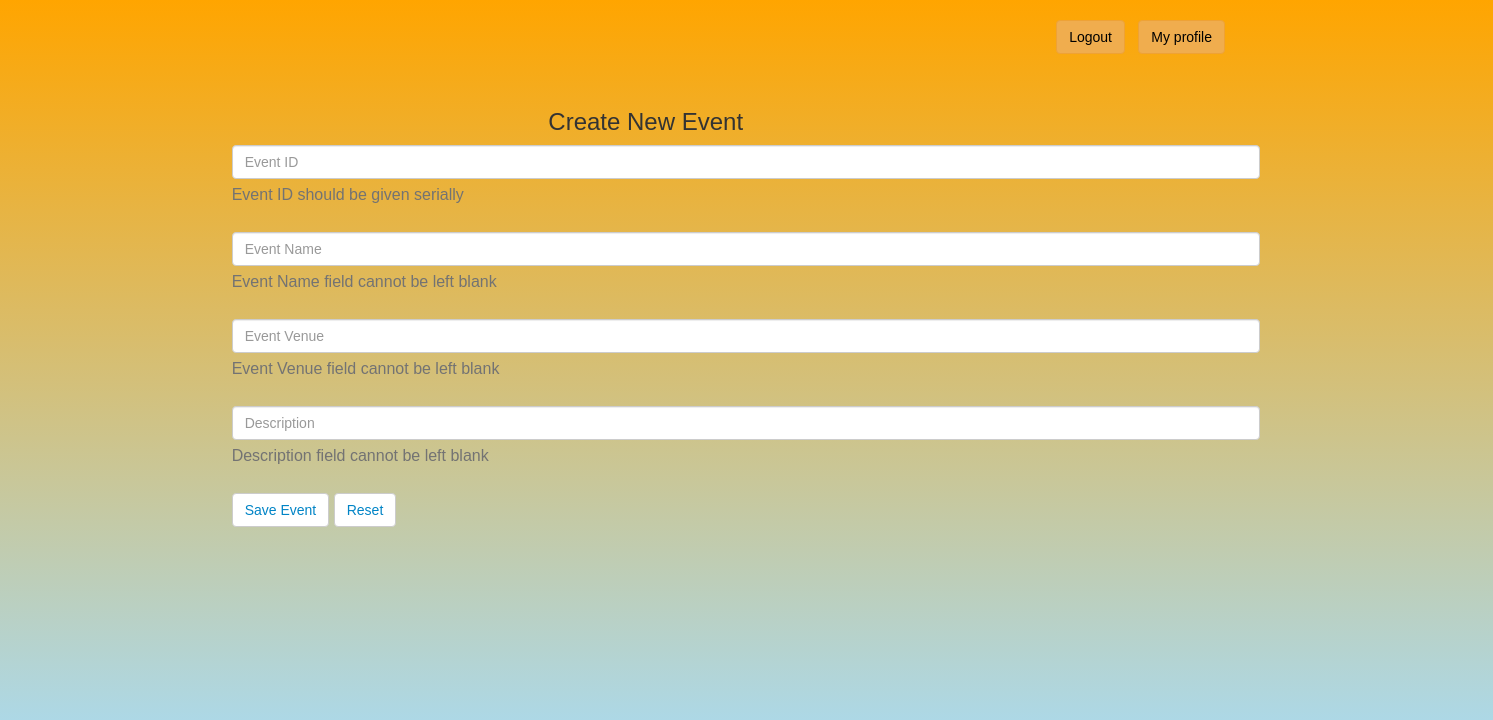
Repository: KaustubhKamat/CollaborationPlatform
Page: CollaborationFrontEnd/WebContent/c_blog/CreateBlog.html
The author's editor kept a copy of each file at every save. The page is drawn from the files as they stood at one save, then again after the next save.
The browser window is 1280 px wide. The page is 1493 px wide, so the pictures cover 1493 px, including what lies to the right of the window. The pictures show the whole page.
Some web libraries are served in a nearby version.

Above is the page before, as saved 2017-03-22 08:26:24.

### CollaborationFrontEnd/WebContent/c_blog/CreateBlog.html
<html>
<head>
<meta charset="ISO-8859-1">
<title>Insert title here</title>
<link rel="stylesheet"
	href="https://maxcdn.bootstrapcdn.com/bootstrap/3.3.7/css/bootstrap.min.css">
<script
	src="https://ajax.googleapis.com/ajax/libs/jquery/1.12.4/jquery.min.js"></script>
<link rel="stylesheet"
	href="https://maxcdn.bootstrapcdn.com/font-awesome/4.4.0/css/font-awesome.min.css">
<script
	src="https://maxcdn.bootstrapcdn.com/bootstrap/3.3.7/js/bootstrap.min.js"></script>
</head>
<body>

<head>

<link rel="stylesheet"
	href="https://maxcdn.bootstrapcdn.com/bootstrap/3.3.7/css/bootstrap.min.css">
<script
	src="https://ajax.googleapis.com/ajax/libs/jquery/3.1.1/jquery.min.js"></script>
<script
	src="https://maxcdn.bootstrapcdn.com/bootstrap/3.3.7/js/bootstrap.min.js"></script>
<style>
body {
	font-family: sans-serif;

}

form {
	margin: 25px auto;
	font-size: medium;
	padding: 10px 20px;
	border-radius: 10px;
	text-align: justify;
}

body {
	background: linear-gradient(orange, lightblue);
}

h2 {
	text-align: center;
}

</style>
<meta http-equiv="Content-Type" content="text/html; charset=ISO-8859-1">
<title>Insert title here</title>
</head>

<body ng-app="">

<div class="UserController as ctrl">
<div class="container">
		<div class="nav navbar-nav navbar-right">
			<h3>
				<a href="#" ng-click="ctrl.logoutUser()" class="btn btn-warning"
					style="color: black"> Logout</a> &nbsp<a href="#/myProfile"
					class="btn btn-warning" style="color: black">My profile</a>
			</h3>
		</div>
		</div>
		</div>

<div ng-controller="BlogController as ctrl">

<div class="col-sm-9 col-md-offset-5">
		<h3>Create New Event</h3>
		</div>


<form name="form" ng-submit="ctrl.submit()" class="form-horizontal" role="form">

<div class="form-group" ng-class="{'has-error' : form.id.$dirty && form.id.$error.required}">
    <div class="col-sm-offset-2 col-sm-10">
      <input type="text" class="form-control" placeholder="Event ID" ng-model="ctrl.event.id" id="" name="id" required>
      <span ng-show="form.id.$dirty && form.id.$error.required" class="help-block">Event ID should be given serially </span>
    </div>
  </div>

		<div class="form-group" ng-class="{'has-error' : form.name.$dirty && form.name.$error.required}">
    <div class="col-sm-offset-2 col-sm-10">
      <input type="text" class="form-control" placeholder="Event Name" ng-model="ctrl.event.name" id="" name="title" required>
      <span ng-show="form.name.$dirty && form.name.$error.required" class="help-block">Event Name field cannot be left blank</span>
    </div>
  </div>

  <div class="form-group" ng-class="{'has-error' : form.venue.$dirty && form.venue.$error.required}">
    <div class="col-sm-offset-2 col-sm-10">
      <input type="text" class="form-control" placeholder="Event Venue" ng-model="ctrl.event.venue" id="" name="venue" required>
      <span ng-show="form.venue.$dirty && form.venue.$error.required" class="help-block">Event Venue field cannot be left blank</span>
    </div>
  </div>

   <div class="form-group" ng-class="{'has-error' : form.description.$dirty && form.description.$error.required}">
    <div class="col-sm-offset-2 col-sm-10">
      <input type="text" class="form-control" placeholder="Description" ng-model="ctrl.event.description" id="description" name="description" required>
      <span ng-show="form.description.$dirty && form.description.$error.required" class="help-block">Description field cannot be left blank</span>
    </div>
  </div>

		<div class="form-group">
			<div class="col-sm-offset-2 col-sm-10">
				<button type="submit" class="btn btn-default" style="color: #0084c6">Save Event</button>
				<button type="submit" class="btn btn-default" ng-click="ctrl.reset()" style="color: #0084c6">Reset</button>
		</div>
		</div>
	</form>
	</div>


 </body>
 </html>

After the next save:
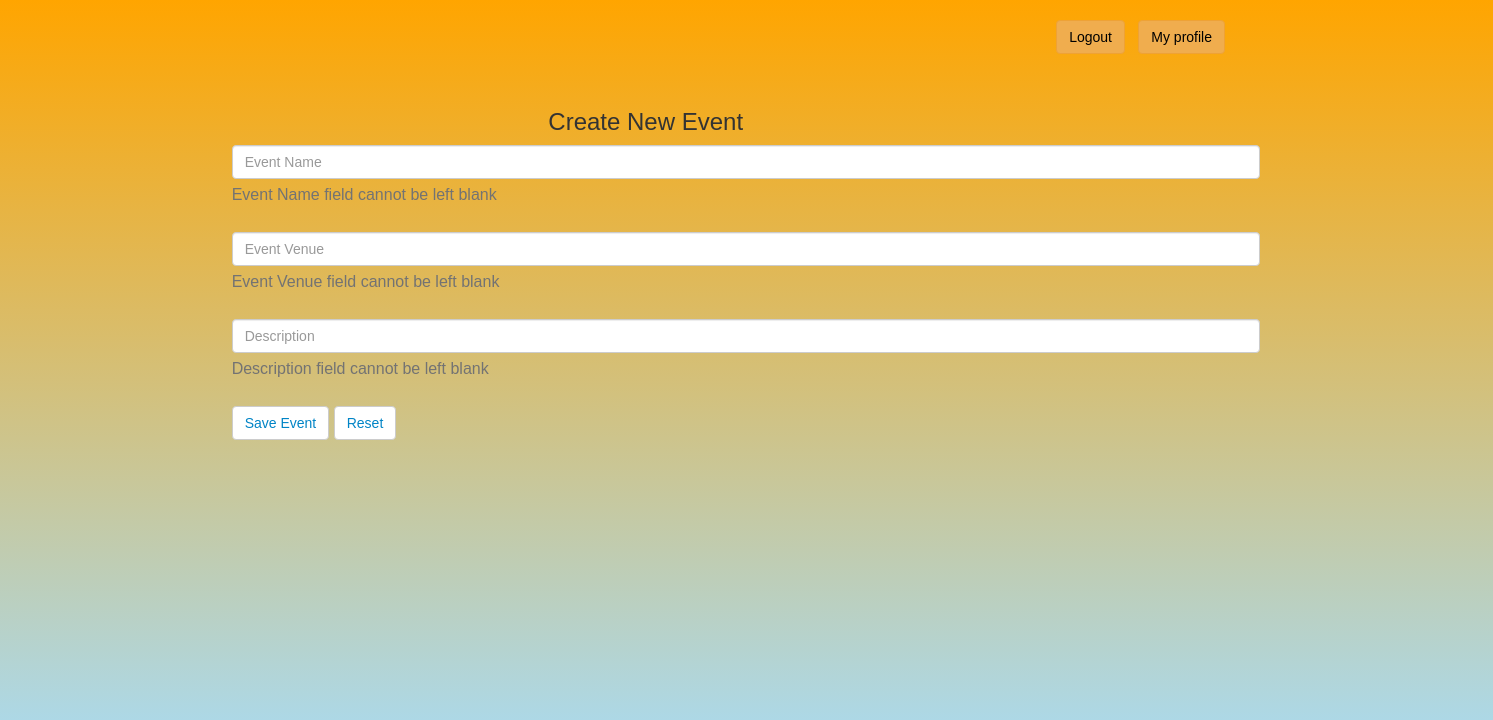
Saved 22 s later.
--- a/CollaborationFrontEnd/WebContent/c_blog/CreateBlog.html
+++ b/CollaborationFrontEnd/WebContent/c_blog/CreateBlog.html
@@ -71,12 +71,6 @@ h2 {
 
 <form name="form" ng-submit="ctrl.submit()" class="form-horizontal" role="form">
 
-<div class="form-group" ng-class="{'has-error' : form.id.$dirty && form.id.$error.required}">
-    <div class="col-sm-offset-2 col-sm-10">
-      <input type="text" class="form-control" placeholder="Event ID" ng-model="ctrl.event.id" id="" name="id" required>
-      <span ng-show="form.id.$dirty && form.id.$error.required" class="help-block">Event ID should be given serially </span>
-    </div>
-  </div>
 
 		<div class="form-group" ng-class="{'has-error' : form.name.$dirty && form.name.$error.required}">
     <div class="col-sm-offset-2 col-sm-10">
